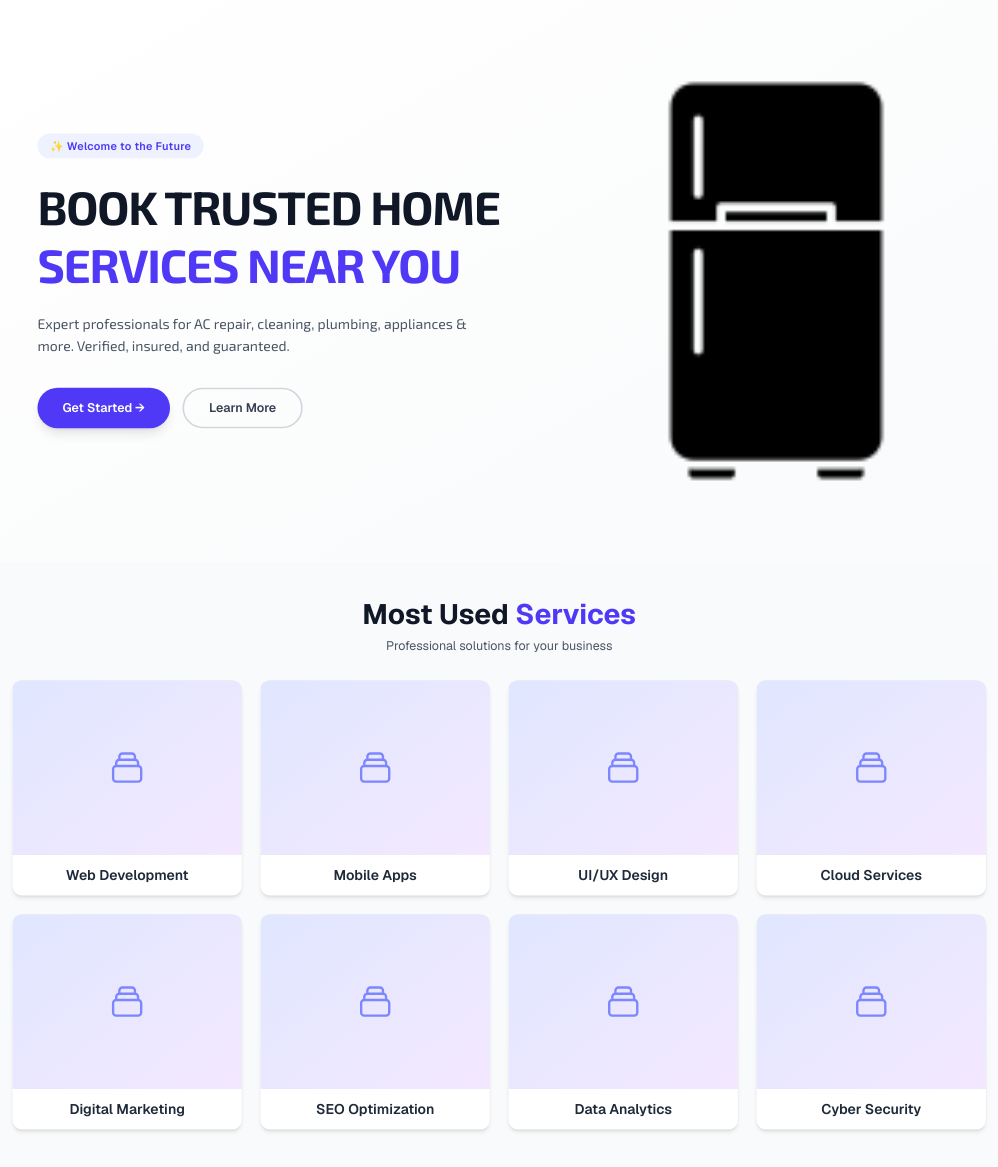
Repository: deepak445566/repai
Page: / (app in repair/)
These files come from the project's save history. The page is drawn as it stood at one moment and after the next save; the edit follows.
The browser window is 1280 px wide. The pictures show the whole page, at 78% of full size.
The project was rebuilt for these pictures with package versions that can differ from the ones it lists, and the page was loaded fresh each time. The framework's server and built-in components were replaced by stand-ins that run in the browser. Also part of the build but not shown: repair/next.config.mjs.

Above is the page before, as saved 2026-04-15 12:40:21.

### repair/src/app/layout.js
import { Abril_Fatface, Exo_2, Geist, Geist_Mono } from "next/font/google";
import "./globals.css";

const geistSans = Geist({
  variable: "--font-geist-sans",
  subsets: ["latin"],
});

const geistMono = Geist_Mono({
  variable: "--font-geist-mono",
  subsets: ["latin"],
});
const abril = Abril_Fatface({
  weight: '400',
  subsets: ['latin'],
  variable: '--font-abril',
});

const exo = Exo_2({
  subsets: ['latin'],
  weight: ['400','600','700'],
  variable: '--font-exo',
});

export const metadata = {
  title: "Create Next App",
  description: "Generated by create next app",
};

export default function RootLayout({ children }) {
  return (
    <html
      lang="en"
      className={`${geistSans.variable} ${geistMono.variable} ${abril.variable} ${exo.variable} h-full antialiased`}
    >
      <body className="min-h-full flex flex-col">{children}</body>
    </html>
  );
}

### repair/src/app/page.js
import HeroPage from '@/components/heroPage'
import ServicesPage from '@/components/Service'
import React from 'react'

function page() {
  return (
   <>
   <HeroPage/>
   <ServicesPage/>
   </>
  )
}

export default page

### repair/src/app/globals.css
@import "tailwindcss";

:root {
  --background: #ffffff;
  --foreground: #171717;
}

@theme inline {
  --color-background: var(--background);
  --color-foreground: var(--foreground);
  --font-sans: var(--font-geist-sans);
  --font-mono: var(--font-geist-mono);
}

@media (prefers-color-scheme: dark) {
  :root {
    --background: #0a0a0a;
    --foreground: #ededed;
  }
}

body {
  background: var(--background);
  color: var(--foreground);
  font-family: var(--font-parkinsans);
}



.abril {
  font-family: var(--font-abril);
}

.exo {
  font-family: var(--font-exo);
}

### repair/src/components/heroPage.jsx
import Image from 'next/image';

export default function HeroPage() {
  return (
    <div className="min-h-screen bg-gradient-to-br from-white to-gray-50 flex items-center justify-center px-4 lg:px-12 py-12">
      <div className="max-w-7xl mx-auto w-full">
        <div className="flex flex-col lg:flex-row items-center gap-12 lg:gap-10">

          {/* Left Section - 60% Width */}
          <div className="w-full lg:w-[55%] text-center lg:text-left space-y-6">
            <div className="inline-block px-4 py-1.5 rounded-full bg-indigo-50 text-indigo-600 text-sm font-semibold tracking-wide">
              ✨ Welcome to the Future
            </div>

            <h1 className="text-4xl sm:text-5xl lg:text-6xl font-bold tracking-tight text-gray-900 leading-tight uppercase exo">
            Book Trusted Home
              <span className="text-indigo-600 block"> Services Near You</span>
            </h1>

            <p className="text-lg text-gray-600 max-w-xl mx-auto lg:mx-0 exo">
         Expert professionals for AC repair, cleaning, plumbing, appliances & more. Verified, insured, and guaranteed.
            </p>

            <div className="flex flex-col sm:flex-row gap-4 justify-center lg:justify-start pt-4">
              <button className="px-8 py-3 rounded-full bg-indigo-600 text-white font-semibold shadow-lg hover:bg-indigo-700 transition-all duration-200 transform hover:scale-105">
                Get Started →
              </button>
              <button className="px-8 py-3 rounded-full border-2 border-gray-300 text-gray-700 font-semibold hover:bg-gray-50 transition-all duration-200">
                Learn More
              </button>
            </div>
          </div>

          {/* Right Section - 40% Width */}
          <div className="w-full lg:w-[45%] flex justify-center lg:justify-end">
            <div className="relative w-full max-w-sm sm:max-w-md lg:max-w-lg">
              <div className="absolute inset-0 opacity-60 -z-10"></div>
              <div className="relative overflow-hidden">
                {/* Size control - Apni hisaab se change karo */}
                <div className="relative w-[350px] h-[400px] md:w-[400px] md:h-[400px] lg:w-[550px] lg:h-[550px] mx-auto ">
                  <Image
                    src="/images/image.png"
                    alt="Hero Image"
                    fill
                    className="object-contain p-4"
                    priority
                  />
                </div>
              </div>
            </div>
          </div>
        </div>
      </div>
    </div>
  );
}

### repair/src/components/Service.jsx
import Image from 'next/image';

export default function ServicesPage() {
  const services = [
    { id: 1, title: "Web Development", image: "/images/web-dev.jpg" },
    { id: 2, title: "Mobile Apps", image: "/images/mobile-app.jpg" },
    { id: 3, title: "UI/UX Design", image: "/images/ui-ux.jpg" },
    { id: 4, title: "Cloud Services", image: "/images/cloud.jpg" },
    { id: 5, title: "Digital Marketing", image: "/images/digital-marketing.jpg" },
    { id: 6, title: "SEO Optimization", image: "/images/seo.jpg" },
    { id: 7, title: "Data Analytics", image: "/images/data-analytics.jpg" },
    { id: 8, title: "Cyber Security", image: "/images/cyber-security.jpg" }
  ];

  return (
    <div className="min-h-screen bg-gray-50 py-12 px-4">
      <div className="max-w-7xl mx-auto">

        {/* Header */}
        <div className="text-center mb-8">
          <h2 className="text-3xl sm:text-4xl font-bold text-gray-900 mb-2">
            Most Used <span className="text-indigo-600">Services</span>
          </h2>
          <p className="text-gray-600 text-sm sm:text-base">
            Professional solutions for your business
          </p>
        </div>

        {/* Grid - Mobile: 2 columns, Tablet: 2 columns, Desktop: 4 columns */}
        <div className="grid grid-cols-2 lg:grid-cols-4 gap-4 md:gap-6">
          {services.map((service, index) => (
            <div
              key={service.id}
              className="group cursor-pointer bg-white rounded-xl overflow-hidden shadow-md hover:shadow-xl transition-all duration-300 hover:-translate-y-1"
            >
              {/* Image Section - 70% height (kam kiya) */}
              <div className="relative h-40 sm:h-48 md:h-52 lg:h-56 overflow-hidden bg-gray-200">
                {/* Placeholder - Replace with your images */}
                <div className="absolute inset-0 flex items-center justify-center bg-gradient-to-br from-indigo-100 to-purple-100">
                  <svg className="w-12 h-12 text-indigo-400" fill="none" stroke="currentColor" viewBox="0 0 24 24">
                    <path strokeLinecap="round" strokeLinejoin="round" strokeWidth={1.5} d="M19 11H5m14 0a2 2 0 012 2v6a2 2 0 01-2 2H5a2 2 0 01-2-2v-6a2 2 0 012-2m14 0V9a2 2 0 00-2-2M5 11V9a2 2 0 012-2m0 0V5a2 2 0 012-2h6a2 2 0 012 2v2M7 7h10" />
                  </svg>
                </div>
                {/* Actual Image - Uncomment when ready */}
                {/* <Image src={service.image} alt={service.title} fill className="object-cover group-hover:scale-110 transition-transform duration-500" /> */}
              </div>

              {/* Title Section - 30% area */}
              <div className="py-3 px-2 text-center">
                <h3 className="text-sm sm:text-base md:text-lg font-semibold text-gray-800 group-hover:text-indigo-600 transition-colors">
                  {service.title}
                </h3>
              </div>
            </div>
          ))}
        </div>
      </div>
    </div>
  );
}

After the next save:
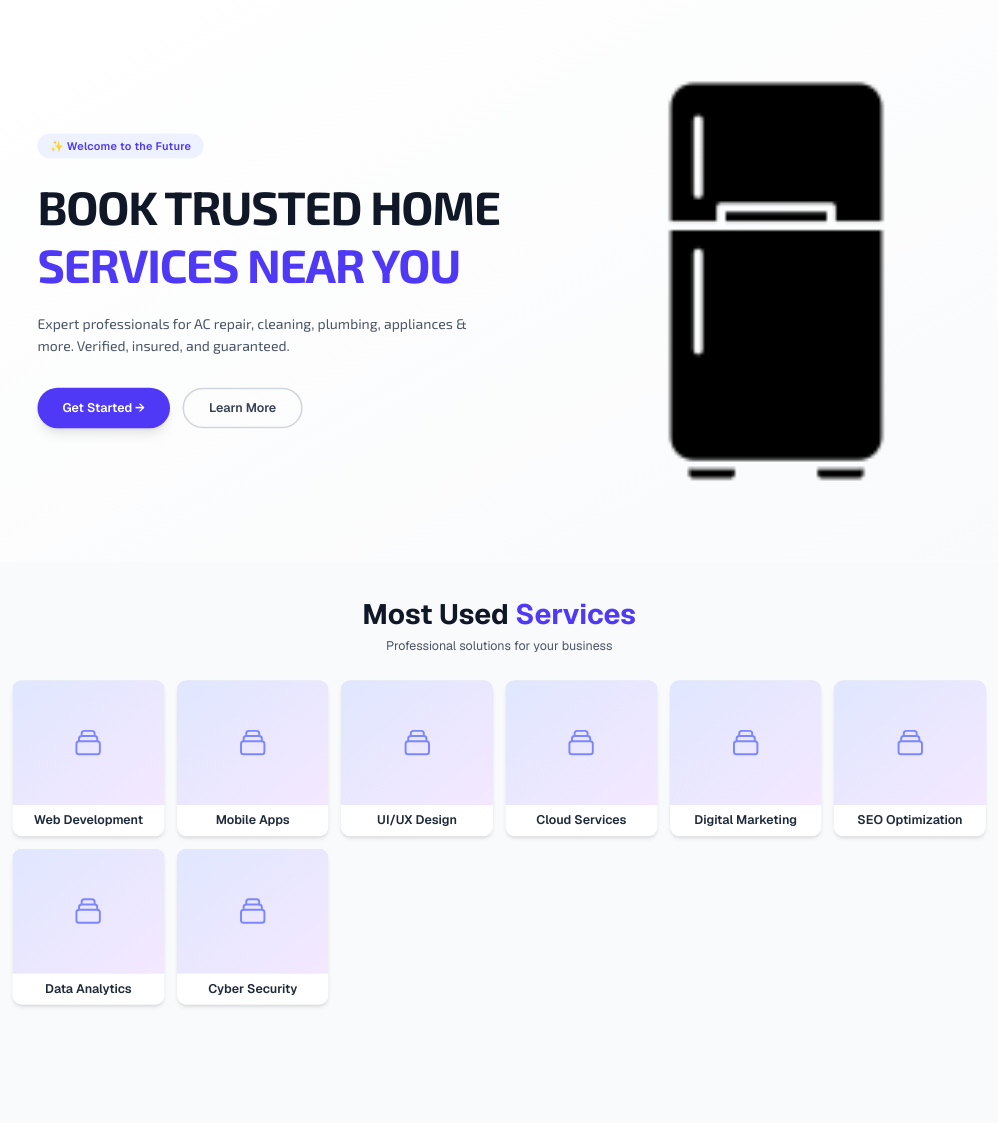
Saved 44 s later.
--- a/repair/src/components/Service.jsx
+++ b/repair/src/components/Service.jsx
@@ -26,18 +26,18 @@ export default function ServicesPage() {
           </p>
         </div>
 
-        {/* Grid - Mobile: 2 columns, Tablet: 2 columns, Desktop: 4 columns */}
-        <div className="grid grid-cols-2 lg:grid-cols-4 gap-4 md:gap-6">
+        {/* Grid - Mobile: 2 columns, Desktop: 6 columns */}
+        <div className="grid grid-cols-2 lg:grid-cols-6 gap-3 md:gap-4">
           {services.map((service, index) => (
             <div
               key={service.id}
               className="group cursor-pointer bg-white rounded-xl overflow-hidden shadow-md hover:shadow-xl transition-all duration-300 hover:-translate-y-1"
             >
-              {/* Image Section - 70% height (kam kiya) */}
-              <div className="relative h-40 sm:h-48 md:h-52 lg:h-56 overflow-hidden bg-gray-200">
+              {/* Image Section */}
+              <div className="relative h-32 sm:h-36 md:h-40 overflow-hidden bg-gray-200">
                 {/* Placeholder - Replace with your images */}
                 <div className="absolute inset-0 flex items-center justify-center bg-gradient-to-br from-indigo-100 to-purple-100">
-                  <svg className="w-12 h-12 text-indigo-400" fill="none" stroke="currentColor" viewBox="0 0 24 24">
+                  <svg className="w-8 h-8 sm:w-10 sm:h-10 text-indigo-400" fill="none" stroke="currentColor" viewBox="0 0 24 24">
                     <path strokeLinecap="round" strokeLinejoin="round" strokeWidth={1.5} d="M19 11H5m14 0a2 2 0 012 2v6a2 2 0 01-2 2H5a2 2 0 01-2-2v-6a2 2 0 012-2m14 0V9a2 2 0 00-2-2M5 11V9a2 2 0 012-2m0 0V5a2 2 0 012-2h6a2 2 0 012 2v2M7 7h10" />
                   </svg>
                 </div>
@@ -45,9 +45,9 @@ export default function ServicesPage() {
                 {/* <Image src={service.image} alt={service.title} fill className="object-cover group-hover:scale-110 transition-transform duration-500" /> */}
               </div>
 
-              {/* Title Section - 30% area */}
-              <div className="py-3 px-2 text-center">
-                <h3 className="text-sm sm:text-base md:text-lg font-semibold text-gray-800 group-hover:text-indigo-600 transition-colors">
+              {/* Title Section */}
+              <div className="py-2 px-1 sm:py-2.5 sm:px-2 text-center">
+                <h3 className="text-xs sm:text-sm md:text-base font-semibold text-gray-800 group-hover:text-indigo-600 transition-colors leading-tight">
                   {service.title}
                 </h3>
               </div>
